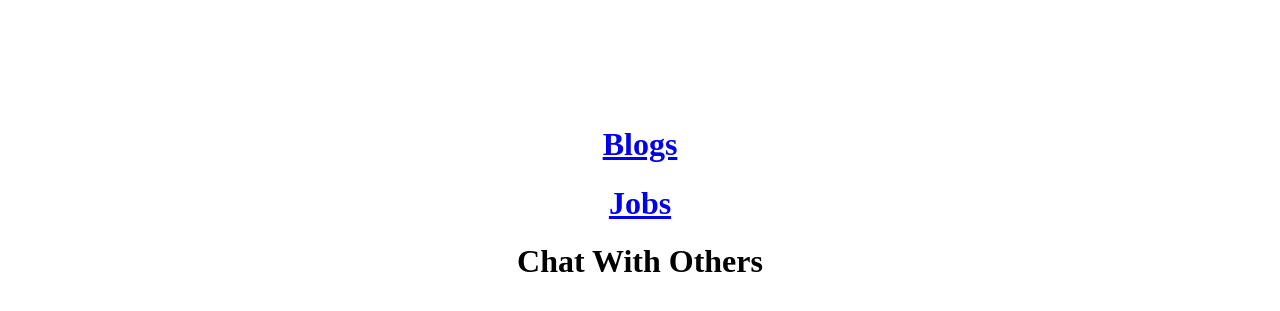
Repository: devlogan/collproject
Page: CollFrontend/WebContent/main.html
These files come from the project's save history. The page is drawn as it stood at one moment and after the next save; the edit follows.
The browser window is 1280 px wide. The pictures show the whole page.

Above is the page before, as saved 2019-05-02 06:17:40.

### CollFrontend/WebContent/main.html
<!DOCTYPE html>
<html>
<head>
<meta charset="ISO-8859-1">
<title>Homepage</title>
<style>
.main-box {
	margin-top: 10%;
	text-align: center;
}
</style>
</head>
<body>
	<div class="row main-box">
		<div class="col-md-4">
			<h1>
				<a href="#!/viewBlogs">Blogs</a>
			</h1>
		</div>
		<div class="col-md-4">
			<h1>
				<a href="#!viewJobs">Jobs</a>
			</h1>
		</div>
		<div class="col-md-4">
			<h1>Chat With Others</h1>
		</div>

	</div>



</body>
</html>

After the next save:
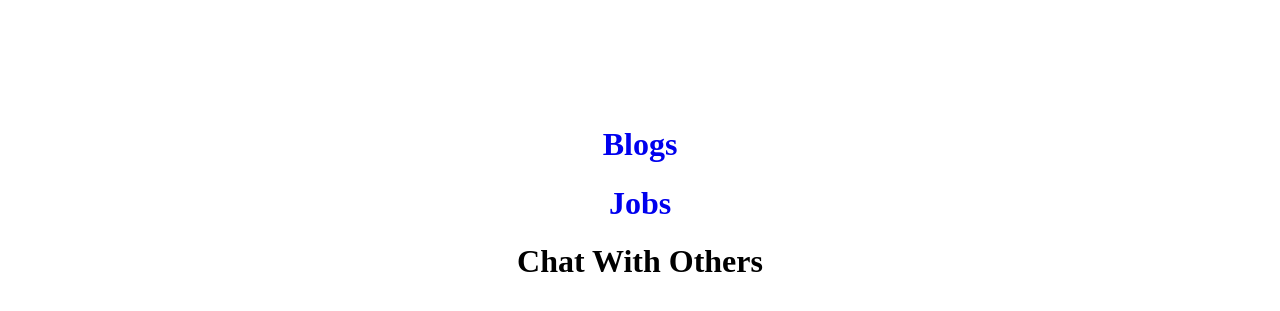
Saved 30 s later.
--- a/CollFrontend/WebContent/main.html
+++ b/CollFrontend/WebContent/main.html
@@ -7,6 +7,10 @@
 .main-box {
 	margin-top: 10%;
 	text-align: center;
+}
+
+a {
+	text-decoration: none;
 }
 </style>
 </head>
